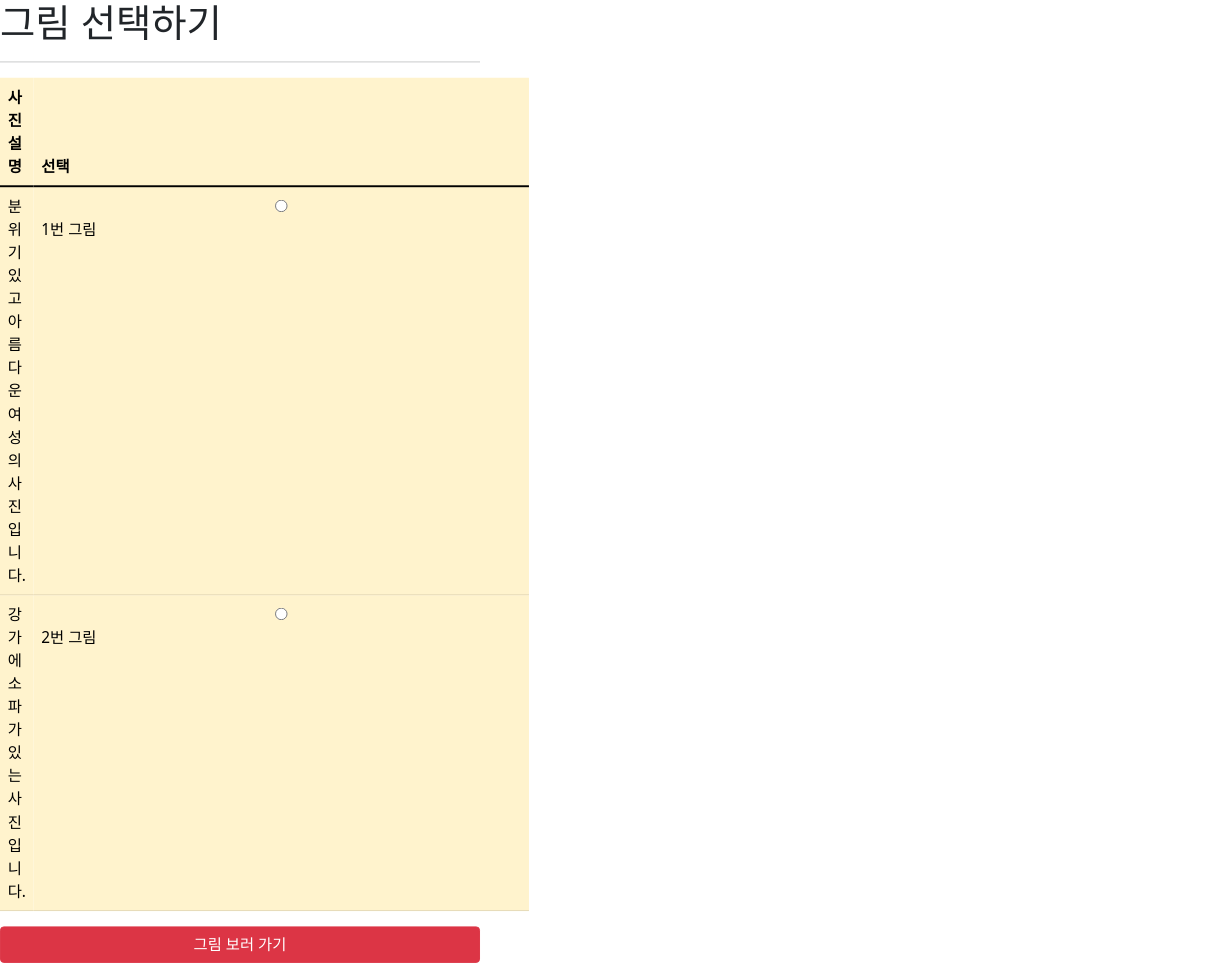
Repository: limbbbyoung/JSP_practice
Page: http://localhost/JSPbasic/jspobject/request/req_photo.jsp
These files come from the project's save history. The page is drawn as it stood at one moment and after the next save; the edit follows.
The browser window is 1280 px wide. The pictures show the whole page, at 96% of full size.
The page is served by Tomcat 9.

Above is the page before, as saved 2022-03-28 08:22:18.

After the next save:
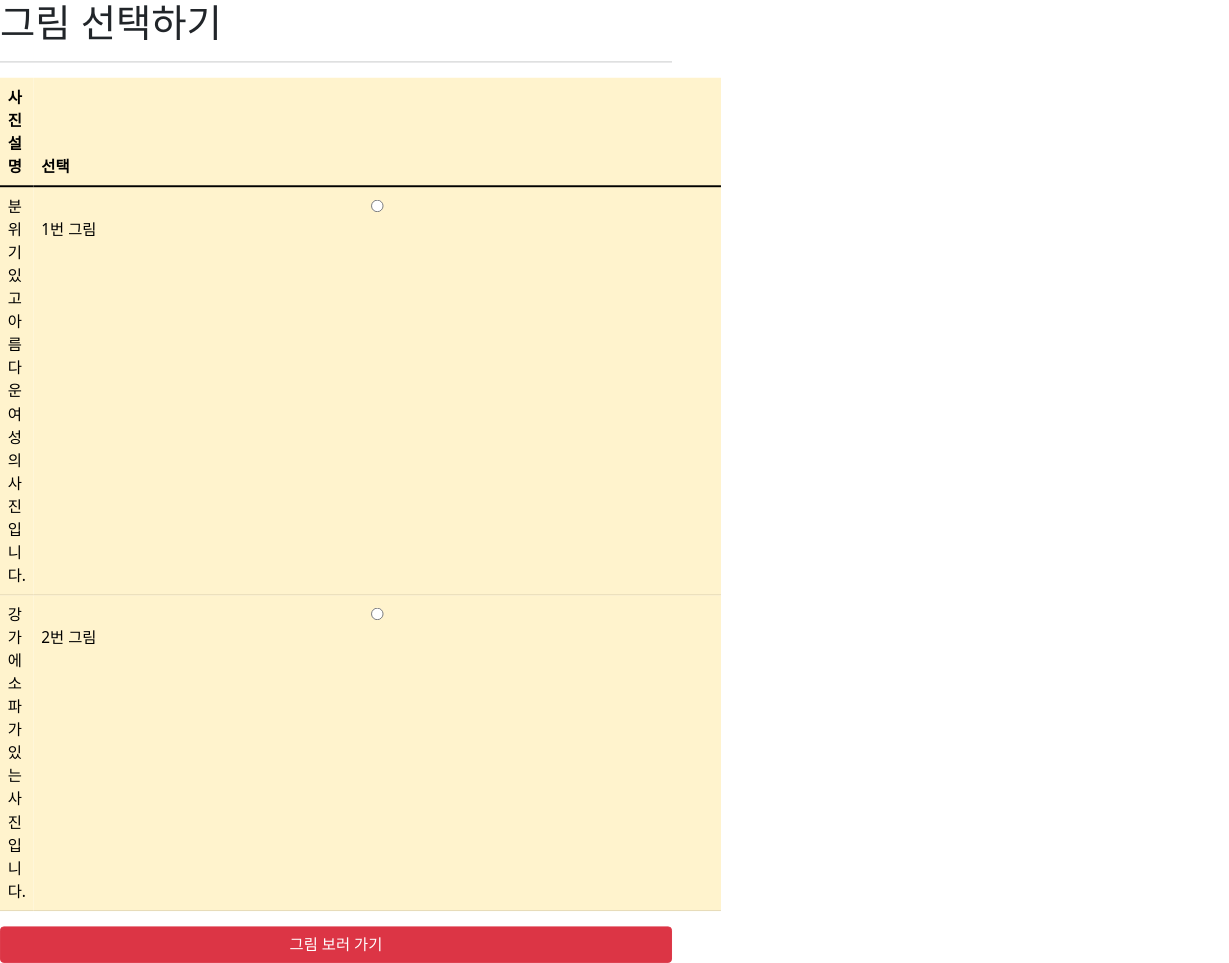
Saved 14 s later.
--- a/JSPbasic/src/main/webapp/jspobject/request/req_photo.jsp
+++ b/JSPbasic/src/main/webapp/jspobject/request/req_photo.jsp
@@ -4,7 +4,7 @@
 <html>
 <head>
 <style>
-     * { width : 500px;}
+     * { width : 700px;}
 </style>
 <link href="https://cdn.jsdelivr.net/npm/bootstrap@5.1.3/dist/css/bootstrap.min.css" rel="stylesheet" integrity="sha384-1BmE4kWBq78iYhFldvKuhfTAU6auU8tT94WrHftjDbrCEXSU1oBoqyl2QvZ6jIW3" crossorigin="anonymous">
 <meta charset="UTF-8">
